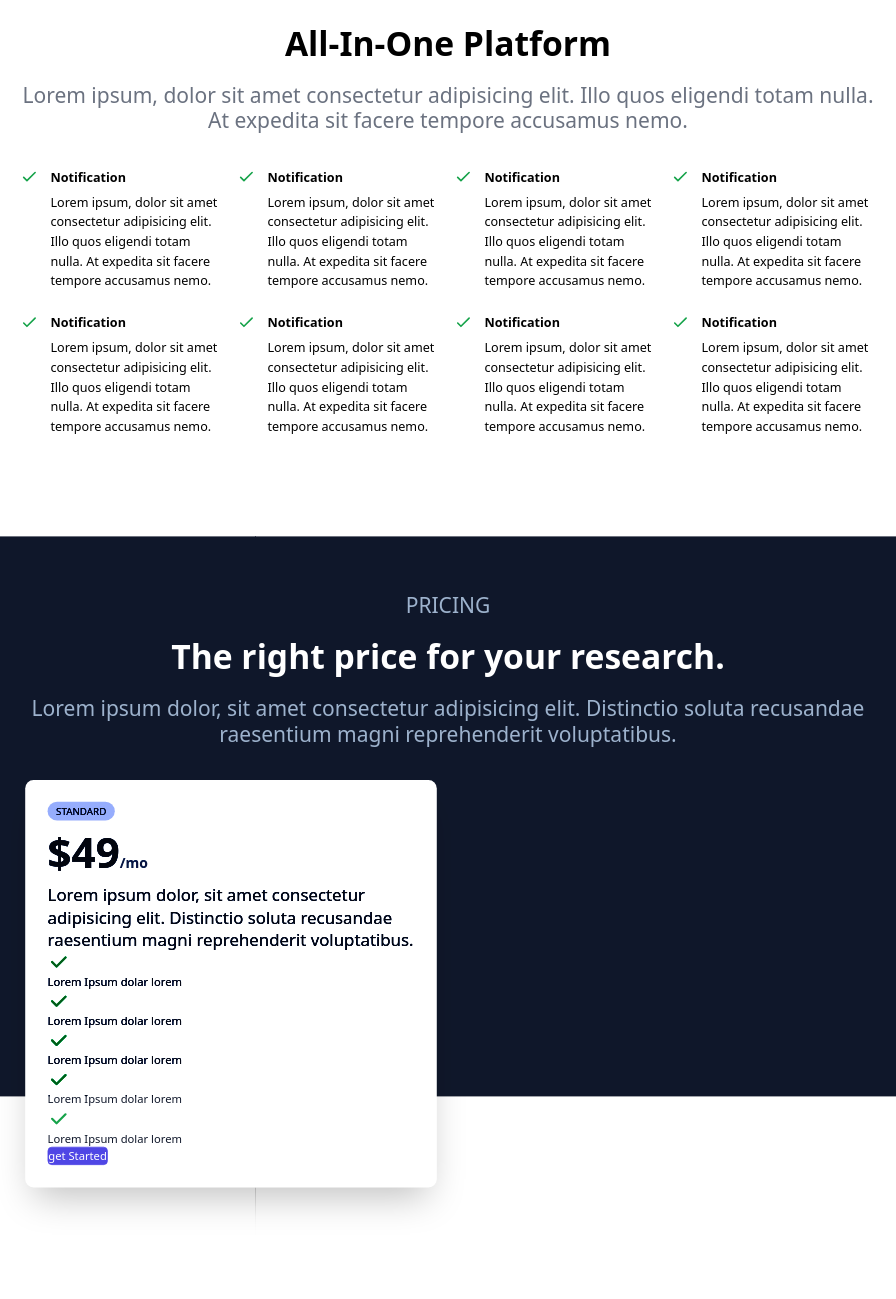
Repository: adrcstro/react-project-2
Page: /
The author's editor kept a copy of each file at every save. The page is drawn from the files as they stood at one save, then again after the next save.
The browser window is 1280 px wide. The pictures show the part of the page from y = 2236 to 4156 px (the page is 4092 px tall before and 4156 px after), at 70% of full size.
The project was rebuilt for these pictures with package versions that can differ from the ones it lists, and the page was loaded fresh each time.

Above is the page before, as saved 2024-08-16 07:59:19.

### src/index.js
import React from 'react';
import ReactDOM from 'react-dom/client';
import './index.css';
import App from './App';

const root = ReactDOM.createRoot(document.getElementById('root'));
root.render(

    <App />

);

### src/index.css
@tailwind base;
@tailwind components;
@tailwind utilities;

@layer base{
    li{
       @apply p-4
    }
    button{
        @apply text-white border bg-indigo-600 border-indigo-600
        hover:bg-transparent hover:text-indigo-600 rounded-md
    }
}

### src/App.js
import About from "./components/About";
import AllinOne from "./components/AllinOne";
import Hero from "./components/Hero";
import Navbar from "./components/Navbar";
import Pricing from "./components/Pricing";
import Support from "./components/Support";



function App() {
  return (
    <>
<Navbar/>
<Hero/>
<About />
<Support />
<AllinOne/>
<Pricing />
    </>

  );
}

export default App;

### src/components/About.jsx
import React from 'react'

function About() {
  return (
    <div className='w-full my-32'>
        <div className='max-w-[1240px] mx-auto'>
          <div className='text-center'>
            <h2 className='text-5xl font-bold'>Trusted by developers across the world</h2>
            <p className='text-3xl py6 text-gray-500 px-3'>Trusted by developers across the world, our platform stands as a reliable choice for building robust
             applications. With a global community of skilled professionals.</p>
          </div>

          <div className='grid md:grid-cols-3 gap-3 px-2 text-center mt-4'>
             <div className='border py-8 rounded-xl shadow-xl'>
              <p className='text-6xl font-bold text-indigo-600'>100%</p>
              <p className='text-gray-400 mt-2'>Completion</p>
             </div>
             <div className='border py-8 rounded-xl shadow-xl'>
              <p className='text-6xl font-bold text-indigo-600'>24/7</p>
              <p className='text-gray-400 mt-2'>Delivery</p>
             </div>
             <div className='border py-8 rounded-xl shadow-xl'>
              <p className='text-6xl font-bold text-indigo-600'>100K</p>
              <p  className='text-gray-400 mt-2'>Transaction</p>
             </div>
          </div>
        </div>
    </div>
  )
}

export default About

### src/components/AllinOne.jsx
import React from 'react'
import { CheckIcon } from '@heroicons/react/outline'
function AllinOne() {
  return (
    <div className='w-full my-32'>
        <div className='max-w-[1240px] mx-auto px-2'>
            <h2 className='text-5xl font-bold text-center'>All-In-One Platform</h2>
            <p className='text-3xl py-8 text-gray-500 text-center'>Lorem ipsum, dolor sit amet consectetur adipisicing elit. Illo quos eligendi
            totam nulla. At expedita sit facere tempore accusamus nemo.</p>
        <div className='grid sm:grid-cols-2 lg:grid-cols-4 gap-4 pt-4'>

            <div>
                <div className='flex'>
                <div>
                <CheckIcon className='w-7 mr-4 text-green-600'/>
                </div>
                    <div className=''>
                        <h3 className='font-bold text-lg'>Notification</h3>
                        <p className='text-lg pt-2 pb-4'>Lorem ipsum, dolor sit amet consectetur adipisicing elit. Illo quos eligendi
                        totam nulla. At expedita sit facere tempore accusamus nemo.</p>
                    </div>
                </div>
            </div>
            <div>
                <div className='flex'>
                <div>
                <CheckIcon className='w-7 mr-4 text-green-600'/>
                </div>
                    <div className=''>
                        <h3 className='font-bold text-lg'>Notification</h3>
                        <p className='text-lg pt-2 pb-4'>Lorem ipsum, dolor sit amet consectetur adipisicing elit. Illo quos eligendi
                        totam nulla. At expedita sit facere tempore accusamus nemo.</p>
                    </div>
                </div>
            </div>
            <div>
                <div className='flex'>
                <div>
                <CheckIcon className='w-7 mr-4 text-green-600'/>
                </div>
                    <div className=''>
                        <h3 className='font-bold text-lg'>Notification</h3>
                        <p className='text-lg pt-2 pb-4'>Lorem ipsum, dolor sit amet consectetur adipisicing elit. Illo quos eligendi
                        totam nulla. At expedita sit facere tempore accusamus nemo.</p>
                    </div>
                </div>
            </div>
            <div>
                <div className='flex'>
                <div>
                <CheckIcon className='w-7 mr-4 text-green-600'/>
                </div>
                    <div className=''>
                        <h3 className='font-bold text-lg'>Notification</h3>
                        <p className='text-lg pt-2 pb-4'>Lorem ipsum, dolor sit amet consectetur adipisicing elit. Illo quos eligendi
                        totam nulla. At expedita sit facere tempore accusamus nemo.</p>
                    </div>
                </div>
            </div>
            <div>
                <div className='flex'>
                <div>
                <CheckIcon className='w-7 mr-4 text-green-600'/>
                </div>
                    <div className=''>
                        <h3 className='font-bold text-lg'>Notification</h3>
                        <p className='text-lg pt-2 pb-4'>Lorem ipsum, dolor sit amet consectetur adipisicing elit. Illo quos eligendi
                        totam nulla. At expedita sit facere tempore accusamus nemo.</p>
                    </div>
                </div>
            </div>
            <div>
                <div className='flex'>
                <div>
                <CheckIcon className='w-7 mr-4 text-green-600'/>
                </div>
                    <div className=''>
                        <h3 className='font-bold text-lg'>Notification</h3>
                        <p className='text-lg pt-2 pb-4'>Lorem ipsum, dolor sit amet consectetur adipisicing elit. Illo quos eligendi
                        totam nulla. At expedita sit facere tempore accusamus nemo.</p>
                    </div>
                </div>
            </div>
            <div>
                <div className='flex'>
                <div>
                <CheckIcon className='w-7 mr-4 text-green-600'/>
                </div>
                    <div className=''>
                        <h3 className='font-bold text-lg'>Notification</h3>
                        <p className='text-lg pt-2 pb-4'>Lorem ipsum, dolor sit amet consectetur adipisicing elit. Illo quos eligendi
                        totam nulla. At expedita sit facere tempore accusamus nemo.</p>
                    </div>
                </div>
            </div>
            <div>
                <div className='flex'>
                <div>
                <CheckIcon className='w-7 mr-4 text-green-600'/>
                </div>
                    <div className=''>
                        <h3 className='font-bold text-lg'>Notification</h3>
                        <p className='text-lg pt-2 pb-4'>Lorem ipsum, dolor sit amet consectetur adipisicing elit. Illo quos eligendi
                        totam nulla. At expedita sit facere tempore accusamus nemo.</p>
                    </div>
                </div>
            </div>

        </div>
        </div>
    </div>
  )
}

export default AllinOne

### src/components/Hero.jsx
import React from 'react'
import {
  CloudUploadIcon,
  DatabaseIcon,
  PaperAirplaneIcon,
  ServerIcon,
} from '@heroicons/react/solid'

import bgImg from '../assets/cyber-bg.png'

function Hero() {
  return (
    <div className='w-full h-screen bg-zinc-200 flex flex-col justify-between'>
<div className='grid md:grid-cols-2 max-w-[1240px] m-auto'>
       <div className='flex flex-col justify-center md:items-start w-full px-2 py-8'>
        <p className='text-2xl'>Unique Sequencing & Production</p>
        <h1 className='py-3 text-5xl md:text-7xl font-bold'>Cloud Management</h1>
        <p className='text-2xl'>This is our Tech brand</p>
        <button className='py-3 px-6 sm:w-[60%] my-4 '>Get Started</button>
       </div>
       <div>
    <img className='w-full' src={bgImg} alt='/' />
       </div>
<div className='absolute flex flex-col py-8 md:min-w-[760px] bottom-[5%] mx-1 md:left-1/2
transform md:-translate-x-1/2 bg-zinc-200 border border-slate-300 rounded-xl text-center shadow-xl'>
  <p>Data Services</p>
  <div className='flex justify-between flex-wrap px-4'>
    <p className='flex px-4 py-2 text-slate-500'><CloudUploadIcon className='h-6 text-indigo-600' /> App Security</p>
    <p className='flex px-4 py-2 text-slate-500'><DatabaseIcon className='h-6 text-indigo-600' /> Dashboard</p>
    <p className='flex px-4 py-2 text-slate-500'><PaperAirplaneIcon className='h-6 text-indigo-600' /> Cloud Data</p>
    <p className='flex px-4 py-2 text-slate-500'><ServerIcon className='h-6 text-indigo-600' /> API</p>
  </div>
</div>
</div>
    </div>
  )
}

export default Hero

### src/components/Navbar.jsx
import React ,{useState} from 'react'
import {MenuIcon, XIcon} from '@heroicons/react/outline'

function Navbar() {

const [nav, setNav] = useState(false)
const handleClick = () => setNav(!nav)



  return (
    <div className='w-screen h-[80px] z-10 bg-zinc-200 fixed drop-shadow-lg'>
    <div className='px-2 flex justify-between items-center  w-full h-full'>
<div className='flex items-center'>
  <h1 className='text-3xl font-bold mr-4 sm:text-4xl'>BRANS.</h1>
  <ul className='hidden  md:flex'>
<li>Home</li>
<li>About</li>
<li>Support</li>
<li>Platforms</li>
<li>Pricing</li>
  </ul>
</div>
<div className='hidden md:flex pr-4'>
  <button className='border-none bg-transparent text-black mr-4'>Sign In</button>
  <button className='px-8 py-3'>Sign Up</button>
</div>

    <div  className='md:hidden mr-4' onClick={handleClick}>
    {!nav ? <MenuIcon className="w-5"/> : <XIcon className='w-5'/>}

    </div>
    </div>
<ul className={!nav ? 'hidden' : 'absolute bg-zinc-200 w-full px-8'}>
<li className='border-b-2 border-zinc-300 w-full'>Home</li>
<li className='border-b-2 border-zinc-300 w-full'>About</li>
<li className='border-b-2 border-zinc-300 w-full'>Support</li>
<li className='border-b-2 border-zinc-300 w-full'>Platforms</li>
<li className='border-b-2 border-zinc-300 w-full'>Pricing</li>
<div className='flex flex-col my-4'>
<button className='bg-transparent  text-indigo-600 px-8 py-3 mb-4'>Sign In</button>
<button className='px-8 py-3'>Sign Up</button>
</div>
</ul>

    </div>

  )
}

export default Navbar

### src/components/Pricing.jsx
import React from 'react'
import { CheckIcon } from '@heroicons/react/solid'
function Pricing() {
  return (
    <div className='w-full text-white my-24'>
        <div className='w-full h-[800px] bg-slate-900 absolute mix-blend-overlay'></div>
        <div className='max-w-[1240px] mx-auto py-12'>
        <div className='text-center py-8 text-slate-300'>
            <h2 className='text-3xl uppercase' >Pricing</h2>
            <h3 className='text-5xl font-bold text-white py-8'>The right price for your
            research.</h3>
            <p className='text-3xl '>Lorem ipsum dolor, sit amet consectetur
             adipisicing elit. Distinctio soluta recusandae
             raesentium magni reprehenderit voluptatibus.</p>
        </div>

       <div className='grid md:grid-cols-2 '>
        <div className='bg-white text-slate-900 m-4 p-8 rounded-xl shadow-2xl'>
            <span className='uppercase px-3 py-1 bg-indigo-200 rounded-2xl text-sm'>Standard</span>
            <div>
                <p className='text-6xl font-bold py-4 flex'>$49<span className='text-xl text-slate-500 flex flex-col justify-end'>/mo</span></p>
            </div>
            <p className='text-2xl'>Lorem ipsum dolor, sit amet consectetur
             adipisicing elit. Distinctio soluta recusandae
             raesentium magni reprehenderit voluptatibus.</p>
             <div>
                <p><CheckIcon className='w-8 mr-5 text-green-600'/> Lorem Ipsum dolar lorem</p>
                <p><CheckIcon className='w-8 mr-5 text-green-600'/> Lorem Ipsum dolar lorem</p>
                <p><CheckIcon className='w-8 mr-5 text-green-600'/> Lorem Ipsum dolar lorem</p>
                <p><CheckIcon className='w-8 mr-5 text-green-600'/> Lorem Ipsum dolar lorem</p>
                <p><CheckIcon className='w-8 mr-5 text-green-600'/> Lorem Ipsum dolar lorem</p>
                <button>get Started</button>
             </div>
        </div>
       </div>



        </div>
    </div>
  )
}

export default Pricing

### src/components/Support.jsx
import React from 'react'
import {PhoneIcon, ArrowSmRightIcon} from '@heroicons/react/outline';
import {ChipIcon, SupportIcon} from '@heroicons/react/solid'

import supportImg from '../assets/support.jpg'
function Support() {
  return (
    <div className='w-full  mt-24'>
        <div className='w-full h-[700px] bg-gray-900/90 absolute'>
            <img className='w-full h-full object-cover mix-blend-overlay' src={supportImg} alt='/' />
        </div>
        <div className='w-max-w-[1240px] mx-auto text-white relative'>
            <div className='px-4 py-12'>
                <h2 className='text-3xl pt-8 text-slate-300 uppercase text-center'>Support</h2>
                <h3 className='text-5xl font-bold py-6 text-center'>Finding the right team</h3>
                <p className='py-4 text-3xl text-center text-slate-300 '>With a global community of skilled professionals, we ensure top-notch support and continuous innovation. Join thousands
                 who trust us to elevate their development projects to new heights</p>
            </div>


            <div className='grid grid-cols-1 lg:grid-cols-3 relative gap-x-8 gap-y-16 px-4 pt-12 sm:pt-20 text-black'>
            <div className='bg-white rounded-xl shadow-2xl'>
                 <div className='p-8'>
                    <PhoneIcon className='w-16 p-4 bg-indigo-600 text-white rounded-lg mt-[-4rem]'/>
                    <h3 className='font-bold text-2xl my-6'>Sales</h3>
                    <p className='text-gray-600 text-xl '>With a global community of skilled professionals, we ensure top-notch support and continuous innovation. Join thousands who trust us to elevate their development projects to new heights</p>
                 </div>
                 <div className='bg-slate-100 pl-8 py-4'>
                    <p className='flex items-center text-indigo-600'>Contact Us <ArrowSmRightIcon className='w-5 ml-2'/> </p>
                 </div>
            </div>
            <div className='bg-white rounded-xl shadow-2xl'>
                 <div className='p-8'>
                    <SupportIcon className='w-16 p-4 bg-indigo-600 text-white rounded-lg mt-[-4rem]'/>
                    <h3 className='font-bold text-2xl my-6'>Technical Support</h3>
                    <p className='text-gray-600 text-xl '>With a global community of skilled professionals, we ensure top-notch support and continuous innovation. Join thousands who trust us to elevate their development projects to new heights</p>
                 </div>
                 <div className='bg-slate-100 pl-8 py-4'>
                    <p className='flex items-center text-indigo-600'>Contact Us <ArrowSmRightIcon className='w-5 ml-2'/> </p>
                 </div>
            </div>
            <div className='bg-white rounded-xl shadow-2xl'>
                 <div className='p-8'>
                    <ChipIcon className='w-16 p-4 bg-indigo-600 text-white rounded-lg mt-[-4rem]'/>
                    <h3 className='font-bold text-2xl my-6'>Media Inquiries</h3>
                    <p className='text-gray-600 text-xl '>With a global community of skilled professionals, we ensure top-notch support and continuous innovation. Join thousands who trust us to elevate their development projects to new heights</p>
                 </div>
                 <div className='bg-slate-100 pl-8 py-4'>
                    <p className='flex items-center text-indigo-600'>Contact Us <ArrowSmRightIcon className='w-5 ml-2'/> </p>
                 </div>
            </div>
        </div>
    </div>
    </div>
  )
}

export default Support

Loaded but not shown: public/index.html (common file); tailwind.config.js (common file)

After the next save:
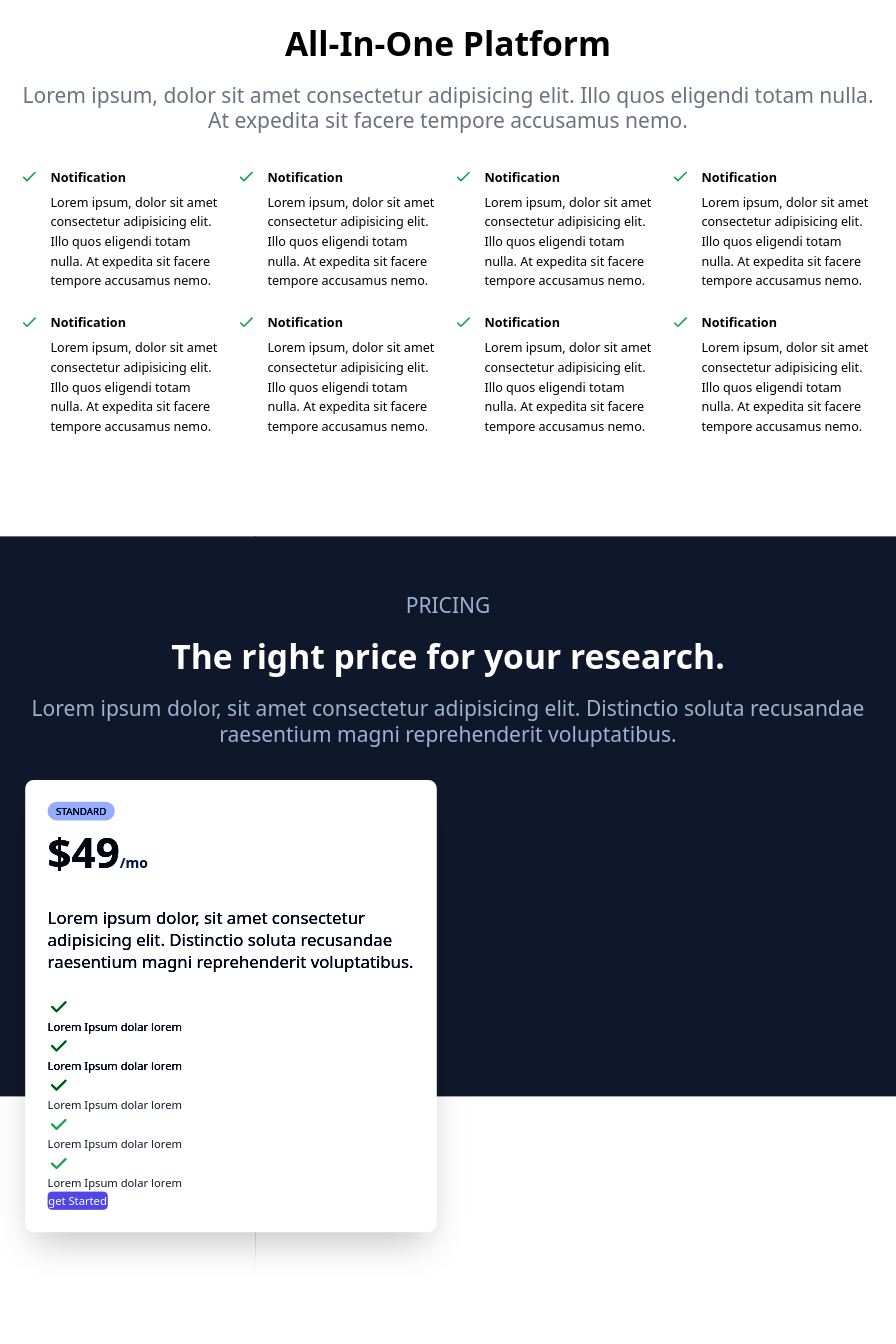
Saved 8 s later.
--- a/src/components/Pricing.jsx
+++ b/src/components/Pricing.jsx
@@ -20,7 +20,7 @@ function Pricing() {
             <div>
                 <p className='text-6xl font-bold py-4 flex'>$49<span className='text-xl text-slate-500 flex flex-col justify-end'>/mo</span></p>
             </div>
-            <p className='text-2xl'>Lorem ipsum dolor, sit amet consectetur
+            <p className='text-2xl py-8'>Lorem ipsum dolor, sit amet consectetur
              adipisicing elit. Distinctio soluta recusandae
              raesentium magni reprehenderit voluptatibus.</p>
              <div>
